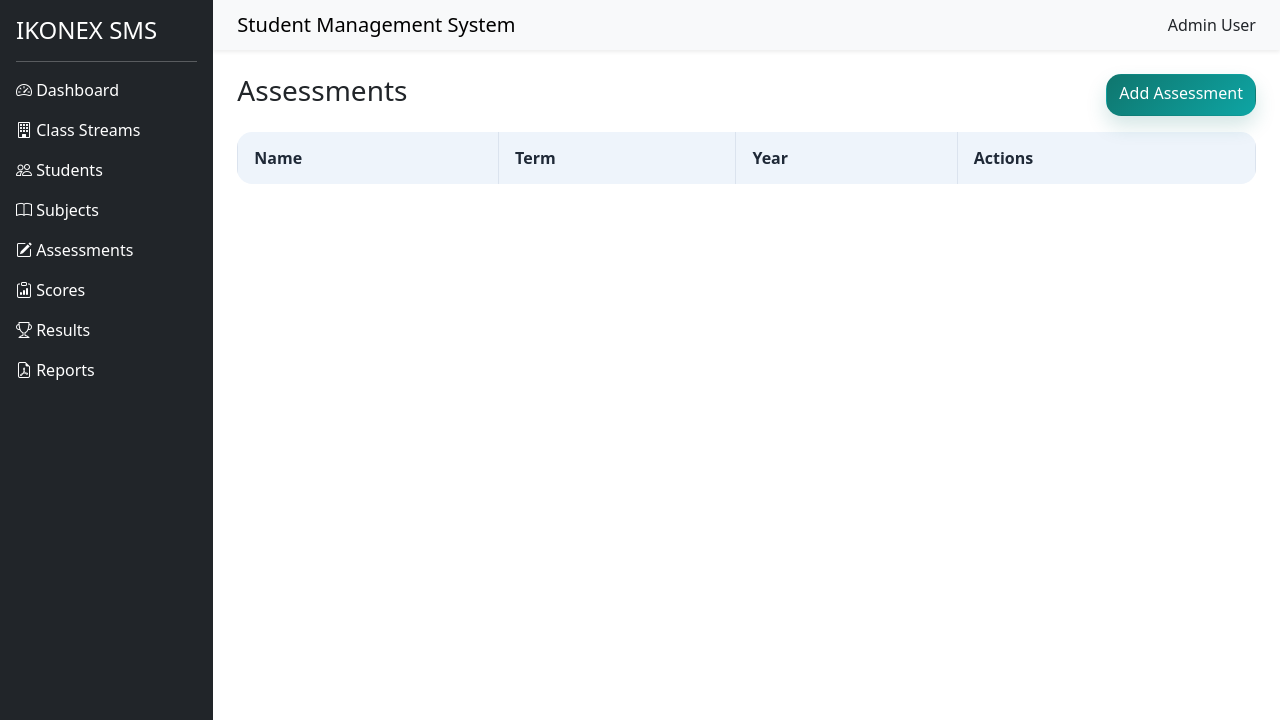
Repository: ejuma411/Ikonex-Academy
Page: http://localhost/assessments/scores/
The author's editor kept a copy of each file at every save. The page is drawn from the files as they stood at one save, then again after the next save.
The browser window is 1280 px wide. The pictures show the whole page.
The page is served by the project's application, run on Django 5.2 (manage.py). Queries for data that is not in the repository find no rows.

Above is the page before, as saved 2026-06-04 17:27:57.

After the next save:
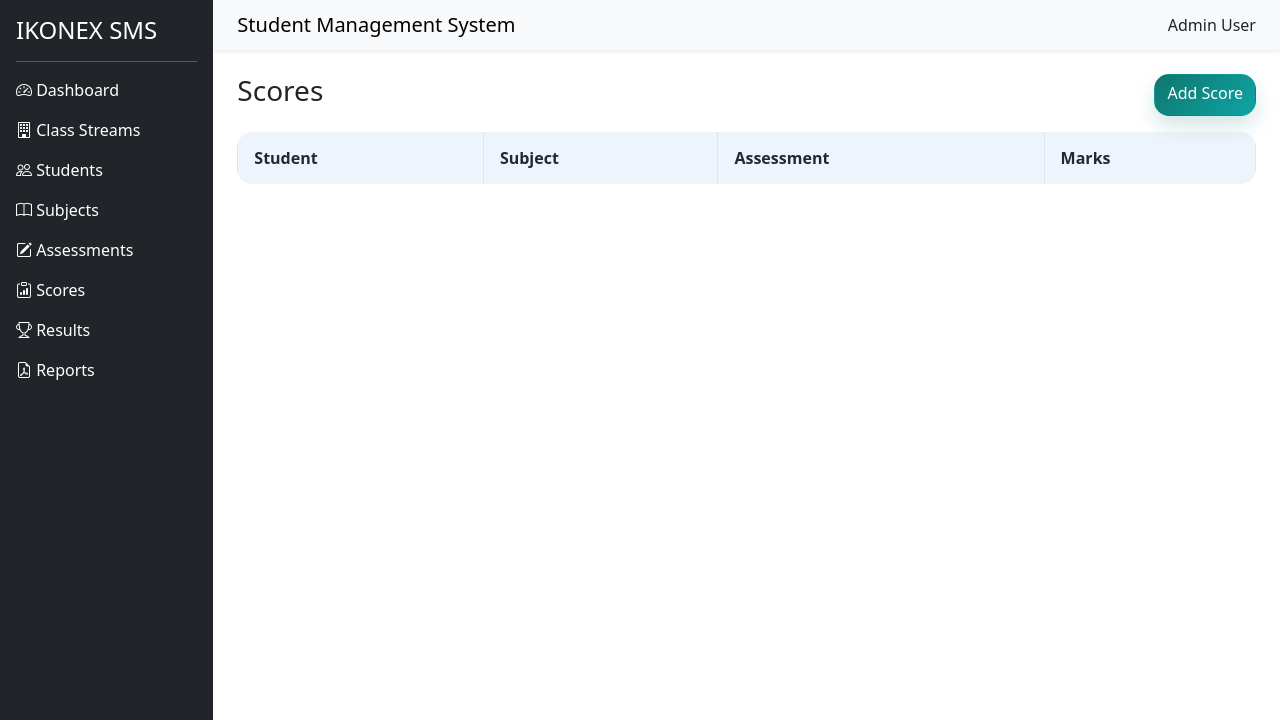
Saved 41 s later.
--- a/templates/assessments/scores/list.html
+++ b/templates/assessments/scores/list.html
@@ -3,28 +3,24 @@
 {% block content %}
 
 <div class="d-flex justify-content-between">
-    <h3>Assessments</h3>
-    <a href="{% url 'assessment_create' %}" class="btn btn-primary">Add Assessment</a>
+    <h3>Scores</h3>
+    <a href="{% url 'score_create' %}" class="btn btn-primary">Add Score</a>
 </div>
 
 <table class="table table-bordered mt-3">
     <tr>
-        <th>Name</th>
-        <th>Term</th>
-        <th>Year</th>
-        <th>Actions</th>
+        <th>Student</th>
+        <th>Subject</th>
+        <th>Assessment</th>
+        <th>Marks</th>
     </tr>
 
-    {% for a in assessments %}
+    {% for s in scores %}
     <tr>
-        <td>{{ a.name }}</td>
-        <td>{{ a.term }}</td>
-        <td>{{ a.year }}</td>
-        <td>
-            <a href="{% url 'assessment_detail' a.id %}">View</a> |
-            <a href="{% url 'assessment_update' a.id %}">Edit</a> |
-            <a href="{% url 'assessment_delete' a.id %}">Delete</a>
-        </td>
+        <td>{{ s.student.first_name }} {{ s.student.last_name }}</td>
+        <td>{{ s.subject.name }}</td>
+        <td>{{ s.assessment.name }}</td>
+        <td>{{ s.marks }}</td>
     </tr>
     {% endfor %}
 </table>
